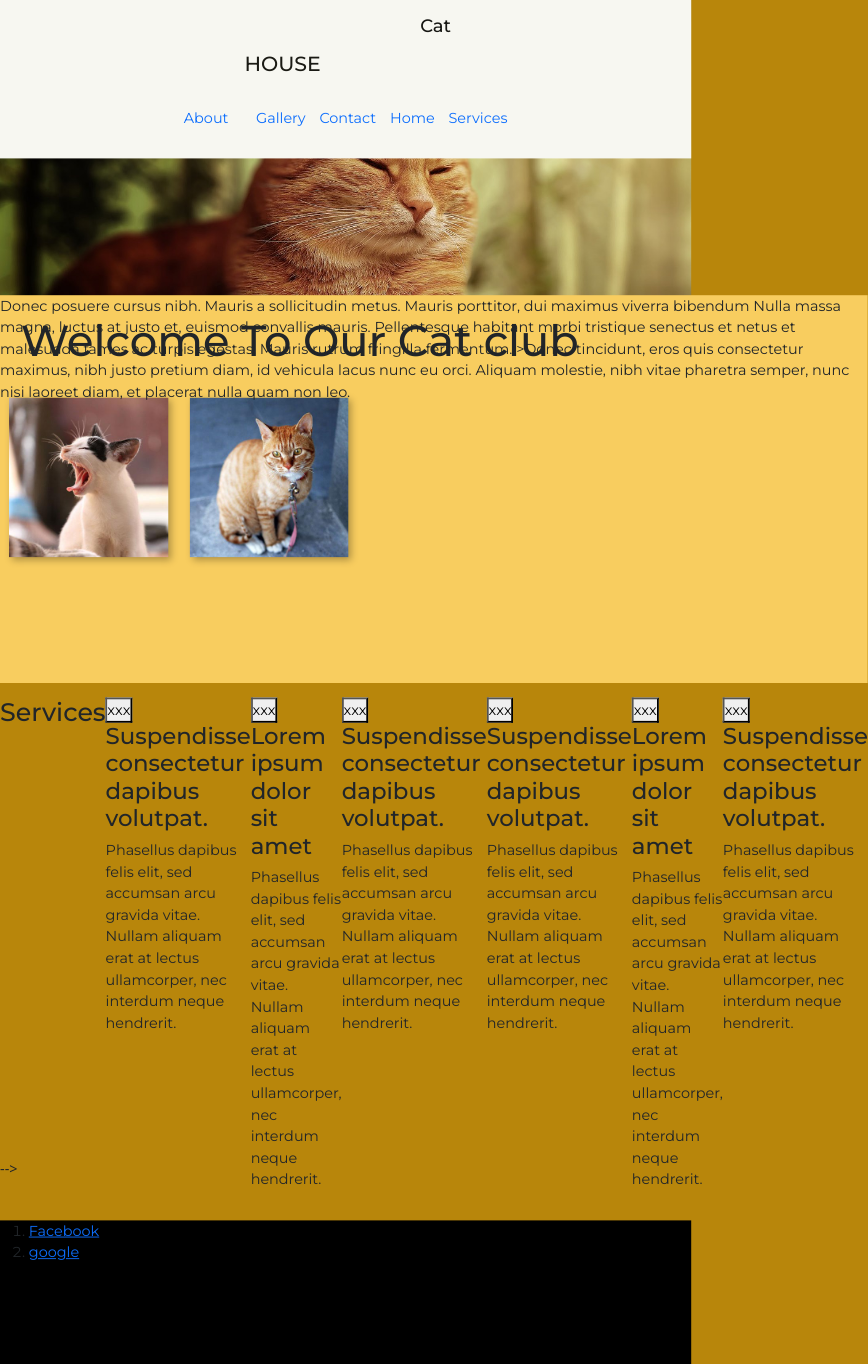
Repository: raul4264/final
Page: index.html
These files come from the project's save history. The page is drawn as it stood at one moment and after the next save; the edit follows.
The browser window is 768 px wide. The page is 964 px wide, so the pictures cover 964 px, including what lies to the right of the window. The pictures show the whole page, at 90% of full size.

Above is the page before, as saved 2021-03-28 13:37:30.

After the next save:
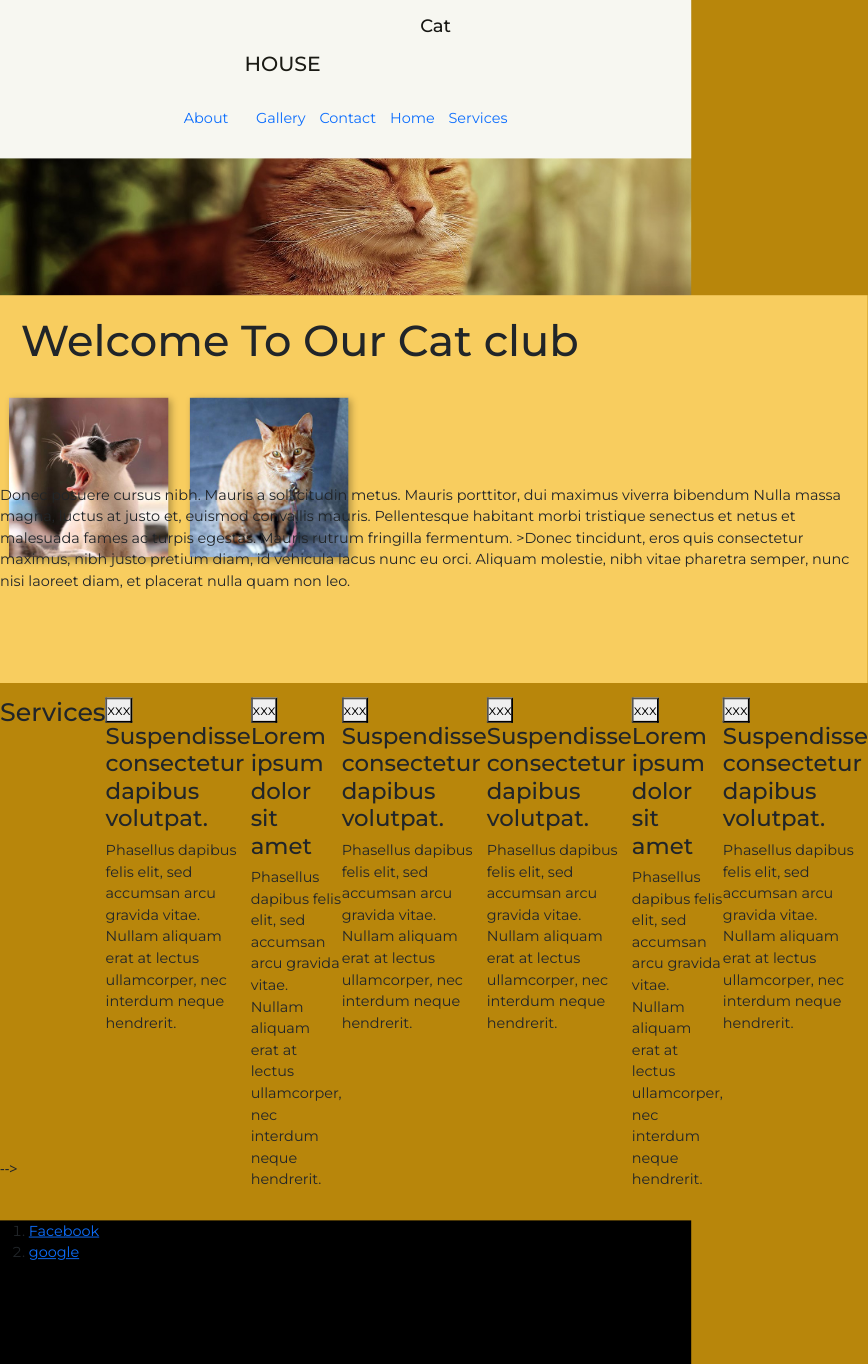
Saved 54 s later.
--- a/css/estilos.css
+++ b/css/estilos.css
@@ -374,7 +374,7 @@
 
         display: grid;
         grid-template-columns:100%;
-        grid-template-rows: 0% 50%;
+        grid-template-rows: 50% 50%;
         flex-direction: column;
         margin-top: 33vh;
 
